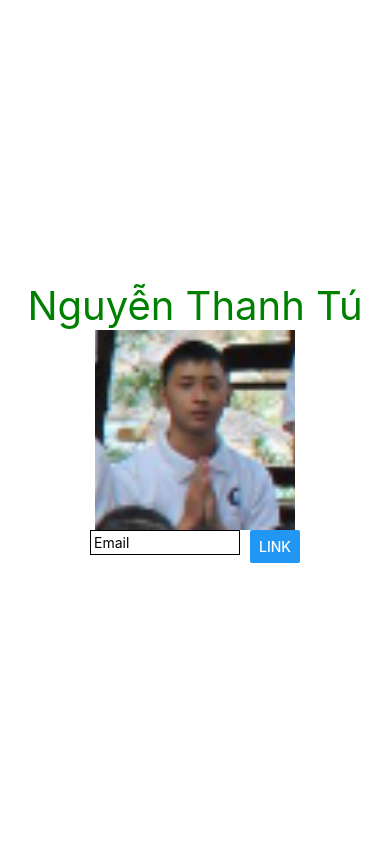
Repository: ntu34543/ReactNativeAndroid
Screen: /
The author's editor kept a copy of each file at every save. The screen is drawn from the files as they stood at one save, then again after a run of saves.
The app was drawn by React Native's web renderer in a window 390 px wide. The project was rebuilt for these pictures with package versions that can differ from the ones it lists, and the page was loaded fresh each time.

Above is the screen before, as saved 2022-09-23 16:59:07.

After the next 4 saves:
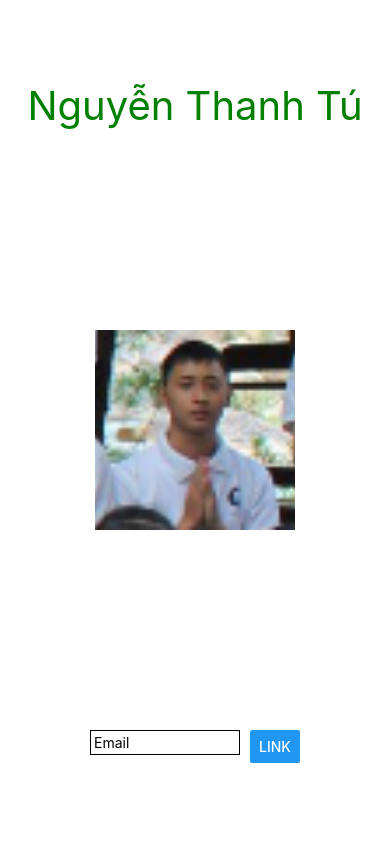
The 4 saves are shown as one change because 1 did not build or start and some came seconds apart.
The last was saved 12 s later.
--- a/App.js
+++ b/App.js
@@ -45,6 +45,7 @@ const styles = StyleSheet.create({
     color: 'green',
   },
   image: {
+    margin: 200,
     width: 200,
     height: 200,
   }
